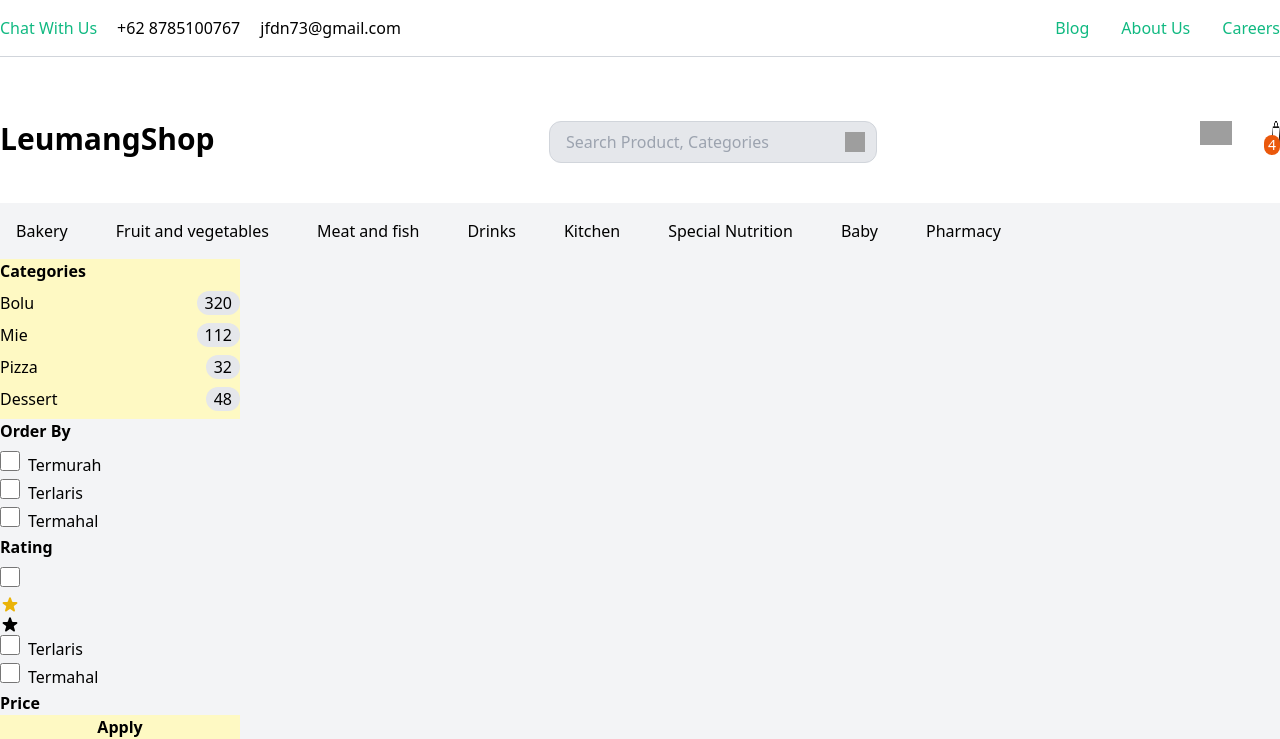
Repository: jafetdn73/ecommerce-tailwind
Page: /
An editor plug-in stored every save of this project. The page is shown before and after the next save, followed by the edit.
The browser window is 1280 px wide. The pictures show the whole page.
Pictures or frames that could not be fetched are drawn as grey boxes. The project was rebuilt for these pictures with package versions that can differ from the ones it lists, and the page was loaded fresh each time. Also part of the build but not shown: src/App.css.

Above is the page before, as saved 2022-03-14 00:07:52.

After the next save:
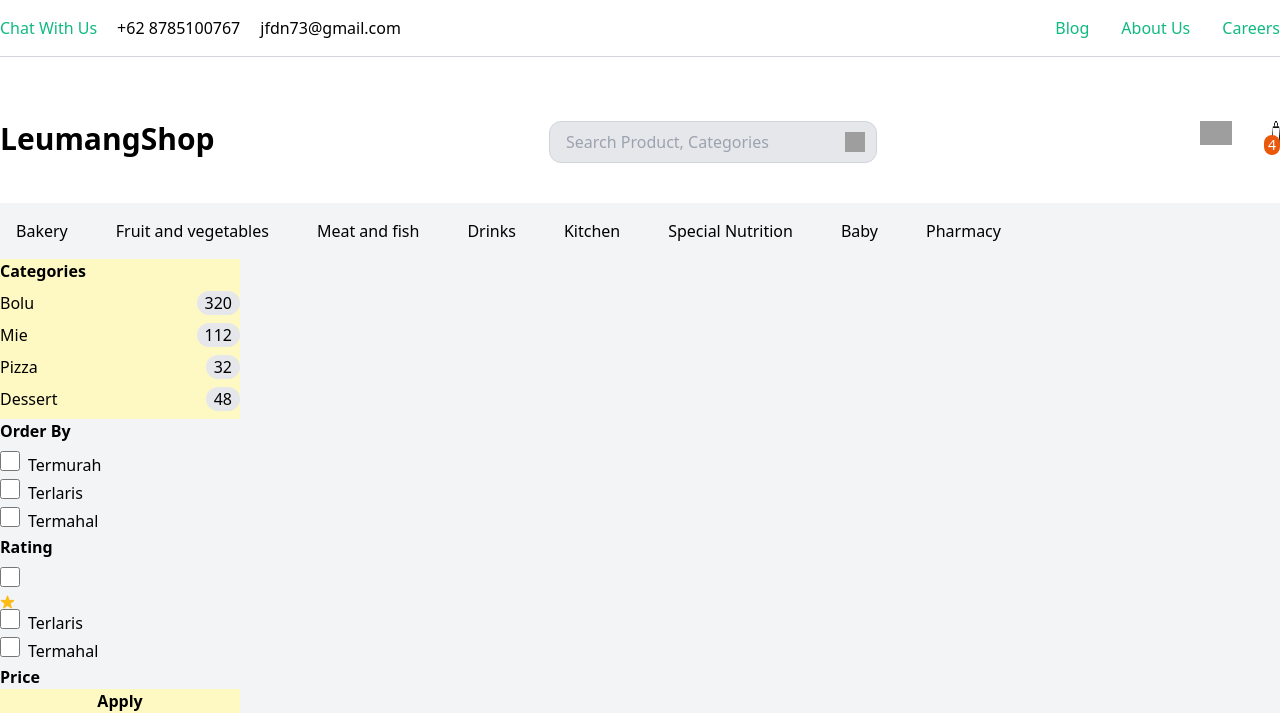
Saved 27 min 39 s later.
--- a/src/App.js
+++ b/src/App.js
@@ -97,13 +97,7 @@ function App() {
            <div>
              <input type="checkbox" className="accent-lime-700 w-5 h-5 mr-2 mb-2">
                </input>
-               <div><svg xmlns="http://www.w3.org/2000/svg" className="fill-yellow-500 h-5 w-5" viewBox="0 0 20 20" fill="currentColor">
-  <path d="M9.049 2.927c.3-.921 1.603-.921 1.902 0l1.07 3.292a1 1 0 00.95.69h3.462c.969 0 1.371 1.24.588 1.81l-2.8 2.034a1 1 0 00-.364 1.118l1.07 3.292c.3.921-.755 1.688-1.54 1.118l-2.8-2.034a1 1 0 00-1.175 0l-2.8 2.034c-.784.57-1.838-.197-1.539-1.118l1.07-3.292a1 1 0 00-.364-1.118L2.98 8.72c-.783-.57-.38-1.81.588-1.81h3.461a1 1 0 00.951-.69l1.07-3.292z" />
-</svg>
-
-<svg xmlns="http://www.w3.org/2000/svg" className="h-5 w-5" viewBox="0 0 20 20" fill="currentColor">
-  <path d="M9.049 2.927c.3-.921 1.603-.921 1.902 0l1.07 3.292a1 1 0 00.95.69h3.462c.969 0 1.371 1.24.588 1.81l-2.8 2.034a1 1 0 00-.364 1.118l1.07 3.292c.3.921-.755 1.688-1.54 1.118l-2.8-2.034a1 1 0 00-1.175 0l-2.8 2.034c-.784.57-1.838-.197-1.539-1.118l1.07-3.292a1 1 0 00-.364-1.118L2.98 8.72c-.783-.57-.38-1.81.588-1.81h3.461a1 1 0 00.951-.69l1.07-3.292z" />
-</svg></div>
+               <div><img src="..\images\rate-star.png"></img></div>
           </div>
           <div>
             <input type="checkbox"  className="accent-lime-700 w-5 h-5 mr-2 mb-2"></input>
